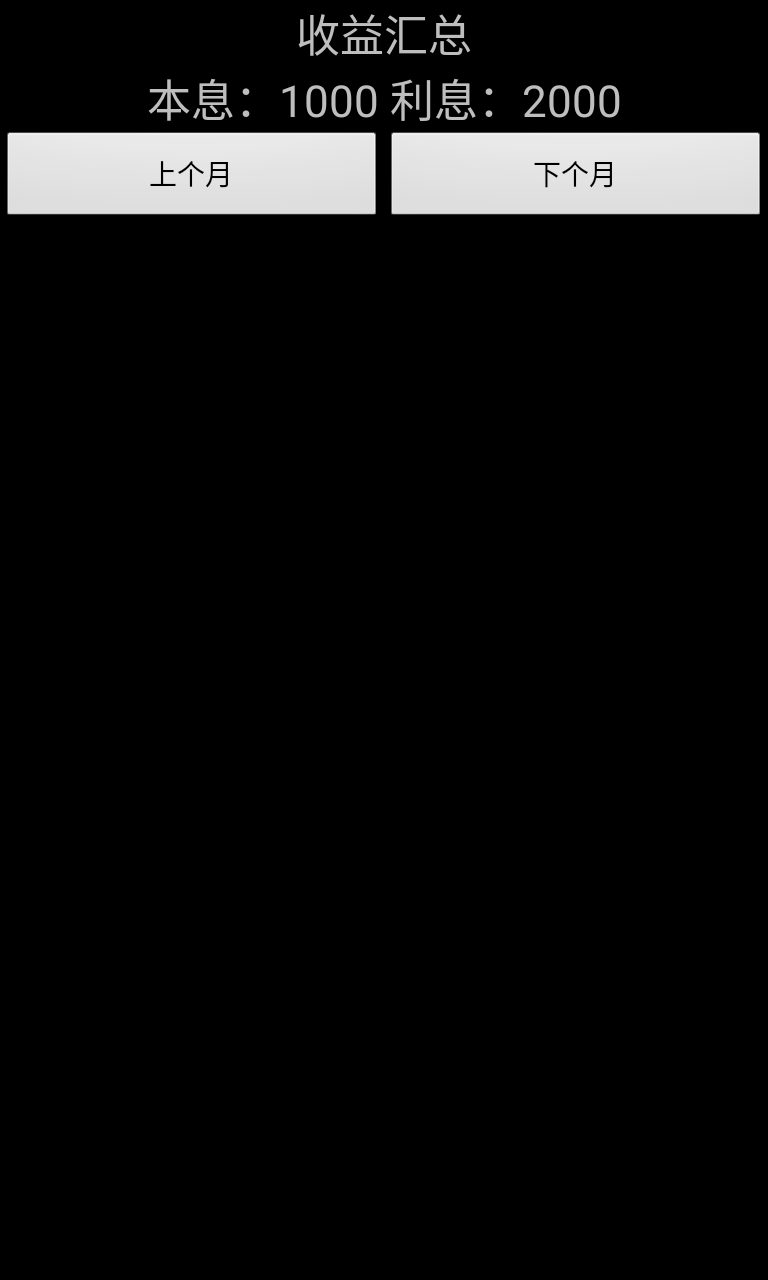
Repository: gongxinge/money-android
Layout: P2P/res/layout/billdetaillist.xml
An editor plug-in stored every save of this project. The layout is shown before and after the next save, followed by the edit.
It is drawn on a 768 x 1280 px phone screen (xhdpi) without system bars, with theme android:Theme; the app's code is not run. Lists and similar views that code fills are empty.

Above is the layout before, as saved 2015-06-28 08:25:19.

After the next save:
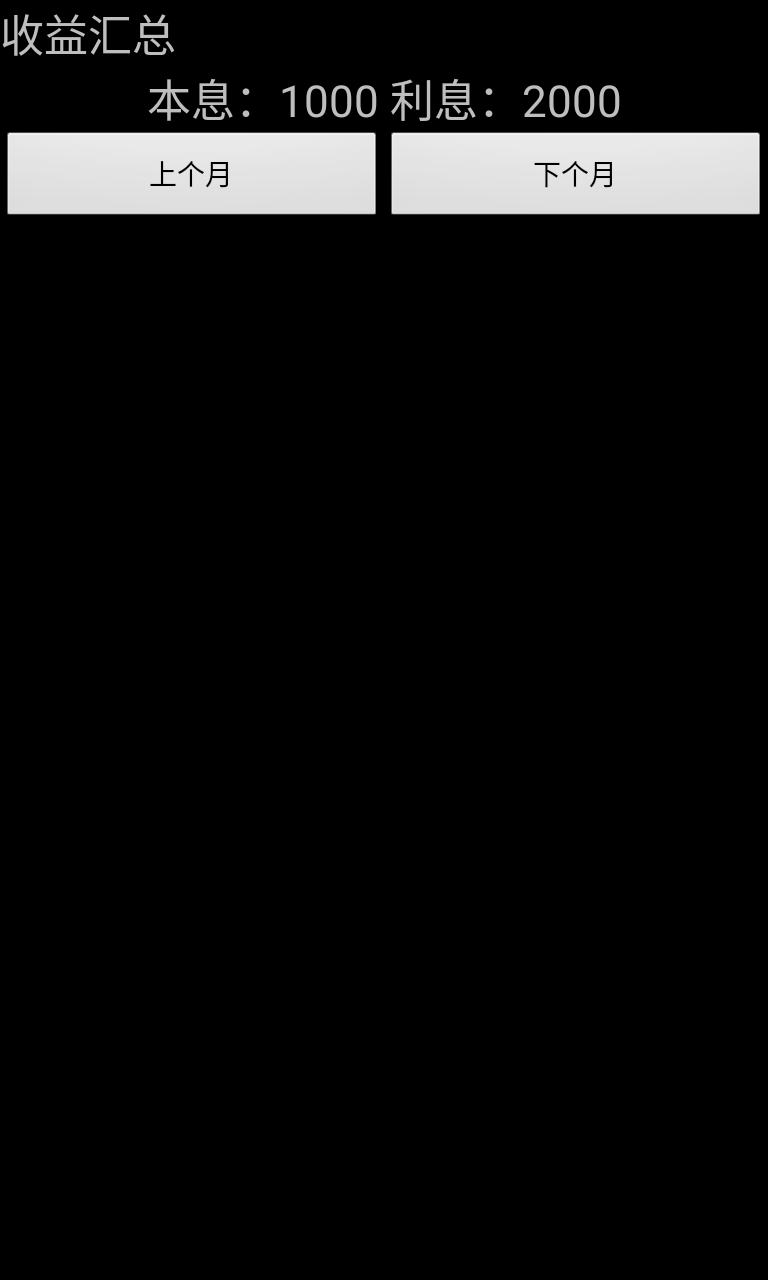
Saved 13 s later.
--- a/P2P/res/layout/billdetaillist.xml
+++ b/P2P/res/layout/billdetaillist.xml
@@ -12,7 +12,7 @@
         android:id="@+id/txtStr"
         android:layout_width="fill_parent"
         android:layout_height="wrap_content"
-        android:gravity="center"
+        android:gravity="left"
         android:text="收益汇总"
         android:textSize="22dp" />
     <TextView
